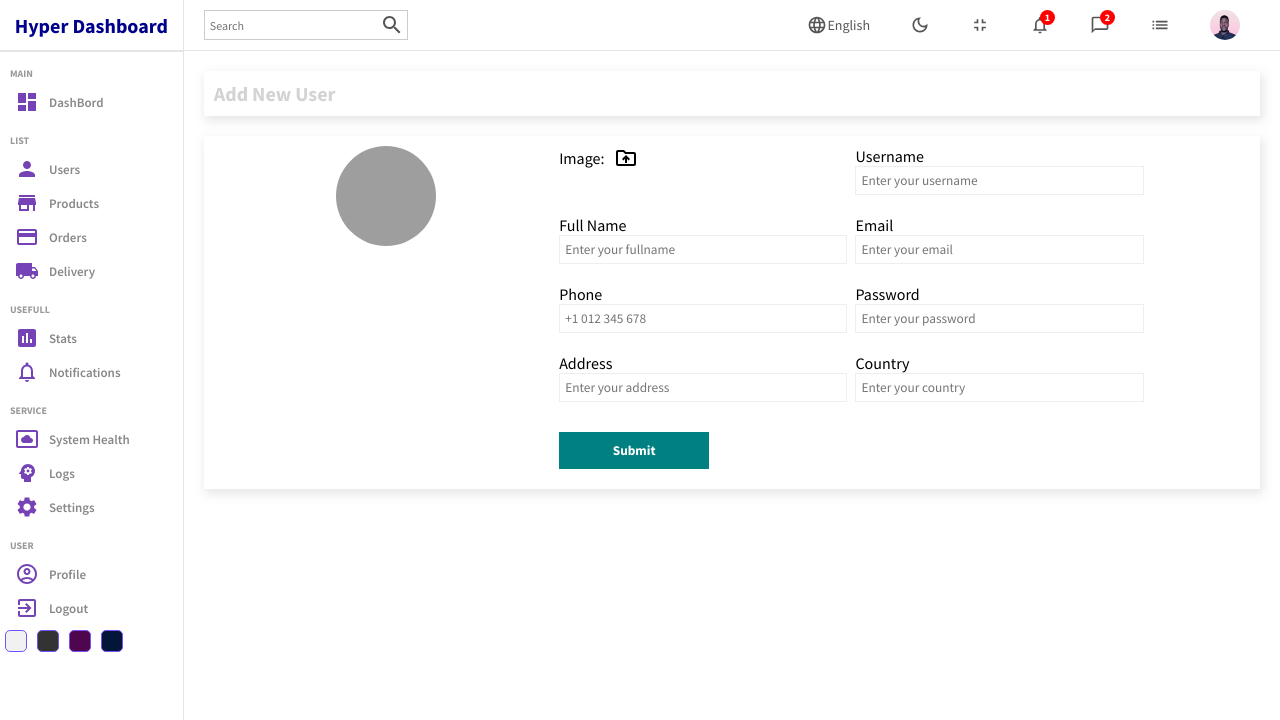
Repository: kenyi-mic/DashBoard
Page: /users/new
These files come from the project's save history. The page is drawn as it stood at one moment and after the next save; the edit follows.
The browser window is 1280 px wide. The pictures show the whole page.
Pictures or frames that could not be fetched are drawn as grey boxes. The project was rebuilt for these pictures with package versions that can differ from the ones it lists, and the page was loaded fresh each time. Also part of the build but not shown: src/pages/home/home.scss, src/pages/home/Home.jsx, src/pages/list/list.scss, src/components/datatable/datatable.scss, src/datatableSource.js, src/components/datatable/Datatable.jsx, src/pages/list/List.jsx, src/pages/single/single.scss and 6 more.

Above is the page before, as saved 2022-05-25 07:53:17.

### public/index.html
<!DOCTYPE html>
<html lang="en">

<head>
  <meta charset="utf-8" />
  <meta name="viewport" content="width=device-width, initial-scale=1" />
  <meta name="theme-color" content="#000000" />
  <meta name="description" content="Web site created using create-react-app" />
  <link rel="preconnect" href="https://fonts.googleapis.com">
  <link rel="preconnect" href="https://fonts.gstatic.com" crossorigin>
  <link
    href="https://fonts.googleapis.com/css2?family=Nunito:wght@200;300;400;500;600;700;800;900&family=Source+Sans+Pro:wght@200;300;400;600;700;900&display=swap"
    rel="stylesheet">
  <title>Hyper Dashboard</title>
  <style>
    * {
      margin: 0;
      font-family: 'Nunito', sans-serif;
      font-family: 'Source Sans Pro', sans-serif;
    }
  </style>
</head>

<body>
  <div id="root"></div>

</body>

</html>

### src/App.js
import { BrowserRouter, Routes, Route } from "react-router-dom";
import Home from "./pages/home/Home";
import List from "./pages/list/List";
import Single from "./pages/single/Single";
import New from "./pages/new/New";
import { Login } from "./pages/login/Login";
import { productInputs, userInputs } from "./formSource";
import "./style/dark.scss";

function App() {
  return (
    <div className="App dark">
      <BrowserRouter>
        <Routes>
          <Route path="/">
            <Route index element={<Home />} />
            <Route path="login" element={<Login />} />
            <Route path="users">
              <Route index element={<List />} />
              <Route path=":userId" element={<Single />} />
              <Route
                path="new"
                element={<New inputs={userInputs} title="Add New User" />}
              />
            </Route>
            <Route path="products">
              <Route index element={<List />} />
              <Route path=":productId" element={<Single />} />
              <Route
                path="new"
                element={<New inputs={productInputs} title="Add New Product" />}
              />
            </Route>
          </Route>
        </Routes>
      </BrowserRouter>
    </div>
  );
}

export default App;

### src/pages/new/New.jsx
import React, { useState } from "react";
import "./new.scss";
import Header from "../../components/Header/Header";
import Sidebar from "../../components/sidebar/Sidebar";
import { DriveFolderUploadOutlined } from "@mui/icons-material";

const New = ({ inputs, title }) => {
  const [file, setFile] = useState("");

  console.log(file);
  return (
    <div className="new">
      <Sidebar />
      <div className="newContainer">
        <Header />
        <div className="top">
          <h1>{title}</h1>
        </div>
        <div className="bottom">
          <div className="left">
            <img
              src={
                file
                  ? URL.createObjectURL(file)
                  : "https://icon-library.com/images/no-image-icon/no-image-icon-0.jpg"
              }
              alt=""
            />
          </div>
          <div className="right">
            <form>
              <div className="formInput">
                <label htmlFor="file">
                  Image: <DriveFolderUploadOutlined className="icon" />
                </label>
                <input
                  type="file"
                  id="file"
                  onChange={(e) => setFile(e.target.files[0])}
                  style={{ display: "none" }}
                />
              </div>
              {inputs.map((input) => (
                <div className="formInput" key={input.id}>
                  <label htmlFor={input.id}>{input.label}</label>
                  <input
                    type={input.type}
                    id={input.id}
                    placeholder={input.placeholder}
                  />
                </div>
              ))}

              <button>Submit</button>
            </form>
          </div>
        </div>
      </div>
    </div>
  );
};

export default New;

### src/formSource.js
export const userInputs = [
  {
    id: 1,
    label: "Username",
    type: "text",
    placeholder: "Enter your username",
  },
  {
    id: 2,
    label: "Full Name",
    type: "text",
    placeholder: "Enter your fullname",
  },
  {
    id: 3,
    label: "Email",
    type: "Email",
    placeholder: "Enter your email",
  },
  {
    id: 4,
    label: "Phone",
    type: "phone",
    placeholder: "+1 012 345 678",
  },
  {
    id: 5,
    label: "Password",
    type: "password",
    placeholder: "Enter your password",
  },
  {
    id: 6,
    label: "Address",
    type: "text",
    placeholder: "Enter your address",
  },
  {
    id: 7,
    label: "Country",
    type: "text",
    placeholder: "Enter your country",
  },
];

export const productInputs = [
  {
    id: 1,
    label: "Title",
    type: "text",
    placeholder: "eg. Iphone 13 pro",
  },
  {
    id: 2,
    label: "Description",
    type: "text",
    placeholder: "Enter product description",
  },
  {
    id: 3,
    label: "Category",
    type: "number",
    placeholder: "Phones",
  },
  {
    id: 4,
    label: "Price",
    type: "text",
    placeholder: "Enter product price",
  },
  {
    id: 5,
    label: "Stock",
    type: "number",
    placeholder: 100,
  },
];

### src/components/Header/Header.jsx
import React from "react";
import "./header.scss";
import {
  Search,
  DarkModeOutlined,
  LanguageOutlined,
  FullscreenExitOutlined,
  ChatBubbleOutlineOutlined,
  ListOutlined,
  NotificationsNoneOutlined,
} from "@mui/icons-material";

function Header() {
  return (
    <div className="header">
      <div className="wrapper">
        <div className="search">
          <input type="text" className="searchInput" placeholder="Search" />
          <Search />
        </div>
        <div className="items">
          <div className="item">
            <LanguageOutlined className="icon" />
            English
          </div>
          <div className="item">
            <DarkModeOutlined className="icon" />
          </div>
          <div className="item">
            <FullscreenExitOutlined className="icon" />
          </div>
          <div className="item">
            <NotificationsNoneOutlined className="icon" />
            <div className="counter">1</div>
          </div>
          <div className="item">
            <ChatBubbleOutlineOutlined className="icon" />
            <div className="counter">2</div>
          </div>
          <div className="item">
            <ListOutlined className="icon" />
          </div>
          <div className="item">
            <img src="./image/mike.png" alt="" className="avatar" />
          </div>
        </div>
      </div>
    </div>
  );
}

export default Header;

### src/components/sidebar/Sidebar.jsx
import React from "react";
import "./sidebar.scss";
import {
  Dashboard,
  Person,
  Store,
  LocalShipping,
  Payment,
  InsertChart,
  NotificationsNone,
  SettingsSystemDaydream,
  Psychology,
  Settings,
  AccountCircleOutlined,
  ExitToAppOutlined,
} from "@mui/icons-material";
import { Link } from "react-router-dom";

function Sidebar() {
  return (
    <div className="sidebar">
      <div className="top">
        <Link to="/" style={{ textDecoration: "none" }}>
          <span className="logo">Hyper Dashboard</span>
        </Link>
      </div>
      <hr className="ruler" />
      <div className="center">
        <ul className="list-group">
          <p className="title">MAIN</p>
          <Link to="/" style={{ textDecoration: "none" }}>
            <li>
              <Dashboard className="icon" />
              <span>DashBord</span>
            </li>
          </Link>

          <p className="title">LIST</p>
          <Link to="/users" style={{ textDecoration: "none" }}>
            <li>
              <Person className="icon" />
              <span>Users</span>
            </li>
          </Link>
          <Link to="/products" style={{ textDecoration: "none" }}>
            <li>
              <Store className="icon" />
              <span>Products</span>
            </li>
          </Link>

          <li>
            <Payment className="icon" />
            <span>Orders</span>
          </li>
          <li>
            <LocalShipping className="icon" />
            <span>Delivery</span>
          </li>
          <p className="title">USEFULL</p>
          <li>
            <InsertChart className="icon" />
            <span>Stats</span>
          </li>
          <li>
            <NotificationsNone className="icon" />
            <span>Notifications</span>
          </li>
          <p className="title">SERVICE</p>
          <li>
            <SettingsSystemDaydream className="icon" />
            <span>System Health</span>
          </li>
          <li>
            <Psychology className="icon" />
            <span>Logs</span>
          </li>
          <li>
            <Settings className="icon" />
            <span>Settings</span>
          </li>
          <p className="title">USER</p>
          <li>
            <AccountCircleOutlined className="icon" />
            <span>Profile</span>
          </li>
          <li>
            <ExitToAppOutlined className="icon" />
            <span>Logout</span>
          </li>
        </ul>
      </div>
      <div className="bottom">
        <div className="colorOption"></div>
        <div className="colorOption"></div>
        <div className="colorOption"></div>
        <div className="colorOption"></div>
      </div>
    </div>
  );
}

export default Sidebar;

### src/pages/new/new.scss
.new {
    display: flex;
    width: 100%;

    .newContainer {

        flex: 6;

        .top,
        .bottom {
            -webkit-box-shadow: 2px 4px 10px 1px rgba(0, 0, 0, 0.47);
            box-shadow: 2px 4px 10px 1px rgba(201, 201, 201, 0.47);
            padding: 10px;
            margin: 20px;
            display: flex;

            h1 {
                color: lightgrey;
                font-size: 20px;
            }

            .left {
                flex: 1;

                text-align: center;

                img {
                    width: 100px;
                    height: 100px;
                    border-radius: 50%;
                    object-fit: cover;


                }
            }

            .right {
                flex: 2;

                form {
                    display: flex;
                    flex-wrap: wrap;
                    gap: 20px;

                    .formInput {
                        width: 40%;

                        label {
                            display: flex;
                            align-items: center;
                            gap: 10px;

                            .icon {
                                cursor: pointer;
                            }
                        }

                        input {
                            width: 100%;
                            padding: 5px;
                            border: 0.5px solid #eee;
                            outline: none;
                        }
                    }

                    button {
                        width: 150px;
                        padding: 10px;
                        border: none;
                        background-color: teal;
                        color: #fff;
                        font-weight: 700;
                        cursor: pointer;
                        margin: 10px 0px 10px 0px
                    }
                }

            }
        }
    }
}

### src/components/Header/header.scss
.header{
    height:50px;
    display: flex;
    justify-content: space-between;
    align-items:center;
    border-bottom: 0.5px solid rgb(230, 227, 227);
    font-size: 14px;
    color:#555;
    .wrapper{
        display:flex;
        justify-content: space-between;
        align-items:center;
        width: 100%;
        padding:20px;
        .search{
            display: flex;
            justify-content:center;
            align-items:center;
            border: 0.5px solid #ccc;
            padding: 2px 3px;
            .searchInput{
                border:none;
                outline: none;
                background-color: transparent;
                &::placeholder{
                    font-size:12px;
                }
            }
        }
        .items{
            display: flex;
            align-items: center;
            justify-content:center;
            .item{
                display: flex;
                align-items: center;
                justify-content: center;
                margin: 0px 20px;
                position: relative;
                cursor: pointer;

                .icon{
                    font-size:20px;
                }
                .avatar{
                    width: 30px;
                    height: 30px;
                    border-radius: 50%;
                }
                .counter{
                    width: 15px;
                    height: 15px;
                    background-color: red;
                    color:white;
                    border-radius: 50%;
                    display: flex;
                    font-size: 10px;
                    font-weight: bold;
                    align-items: center;
                    justify-content: center;
                    position:absolute;
                    top: -5px;
                    right: -5px;
                }
            }




        }
    }
}

### src/components/sidebar/sidebar.scss
.sidebar{
    flex: 1;
    border-right: 0.5px solid rgb(230, 227, 227);
    min-height: 100vh;
    background-color:white !important;
    .top{
        height:50px;
        display: flex;
        align-items: center;
        justify-content: center;
        .logo{
            font-size: 20px;
            font-weight: bold;
            color: darkblue;
        }
    }
    hr{
        height: 0px;
        border: 0.5px solid rgb(230, 227, 227);
    }

    .center{
        padding-left: 10px;
        ul{
            list-style: none;
            margin: 0px;
            padding: 0px;
            .title{
                font-size:10px;
                font-weight:bold;
                color:#999;
                margin-top: 15px;
                margin-bottom:5px;
            }
            li{
                display: flex;
                align-items: center;
                padding: 5px;
                &:hover{
                    background-color:rgb(212, 212, 224);
                }
                .icon{
                    font: size 18px;
                    color: rgb(117, 67, 182)

                }
                span{
                    font-size:13px;
                    font-weight: 600;
                    color:#888;
                    margin-left:10px;
                }
            }
        }
    }
    .bottom{
        display: flex;
        .colorOption{
            width: 20px;
            height:20px;
            border-radius:5px;
            border: 1px solid #7451f8;
            cursor: pointer;
            margin: 5px;
            &:nth-child(1){
                background-color: #f1f1f1;
            }
            &:nth-child(2){
                background-color: #333;
            }
            &:nth-child(3){
                background-color: #4e064e;
            }
            &:nth-child(4){
                background-color: #04153a;
            }
        }
    }
}

### src/style/dark.scss
.app.dark {
    background-color: #222;
}

Loaded but not shown: src/index.js (common file); src/pages/login/login.scss (no stored copy; drawn as an empty file)

After the next save:
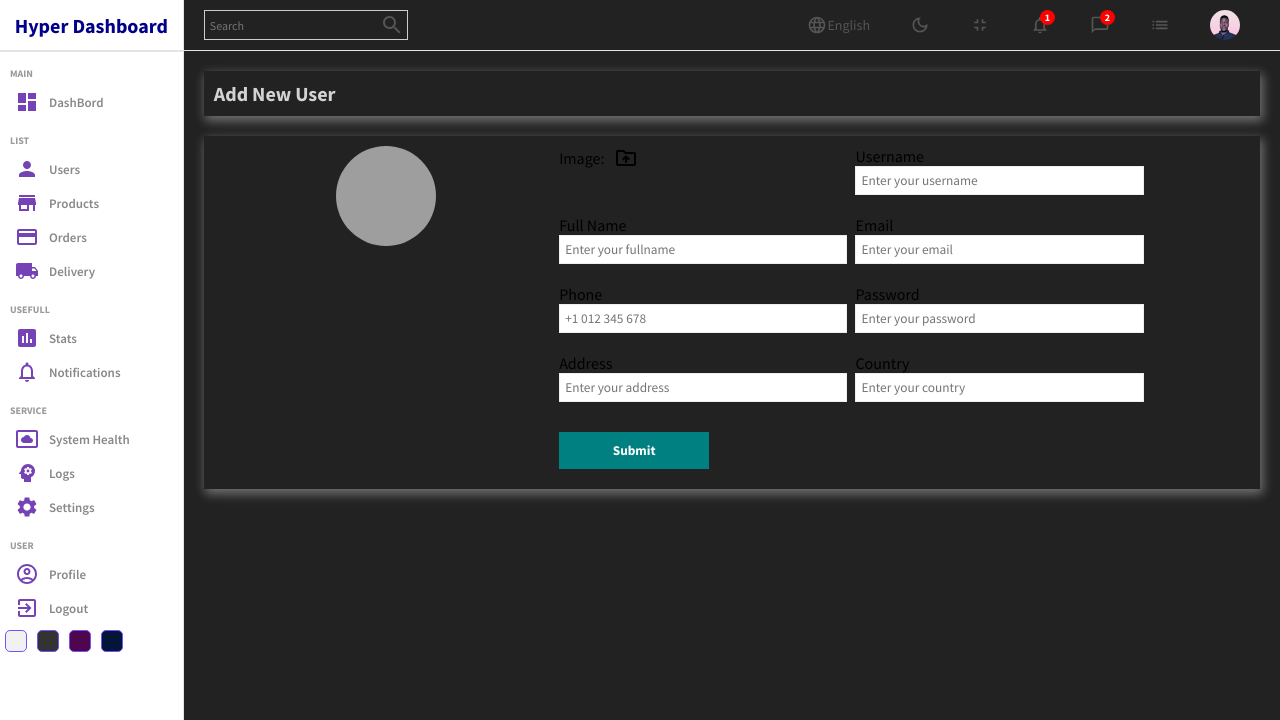
Saved 64 s later.
--- a/src/style/dark.scss
+++ b/src/style/dark.scss
@@ -1,3 +1,3 @@
-.app.dark {
+.App {
     background-color: #222;
 }

After the save that followed:
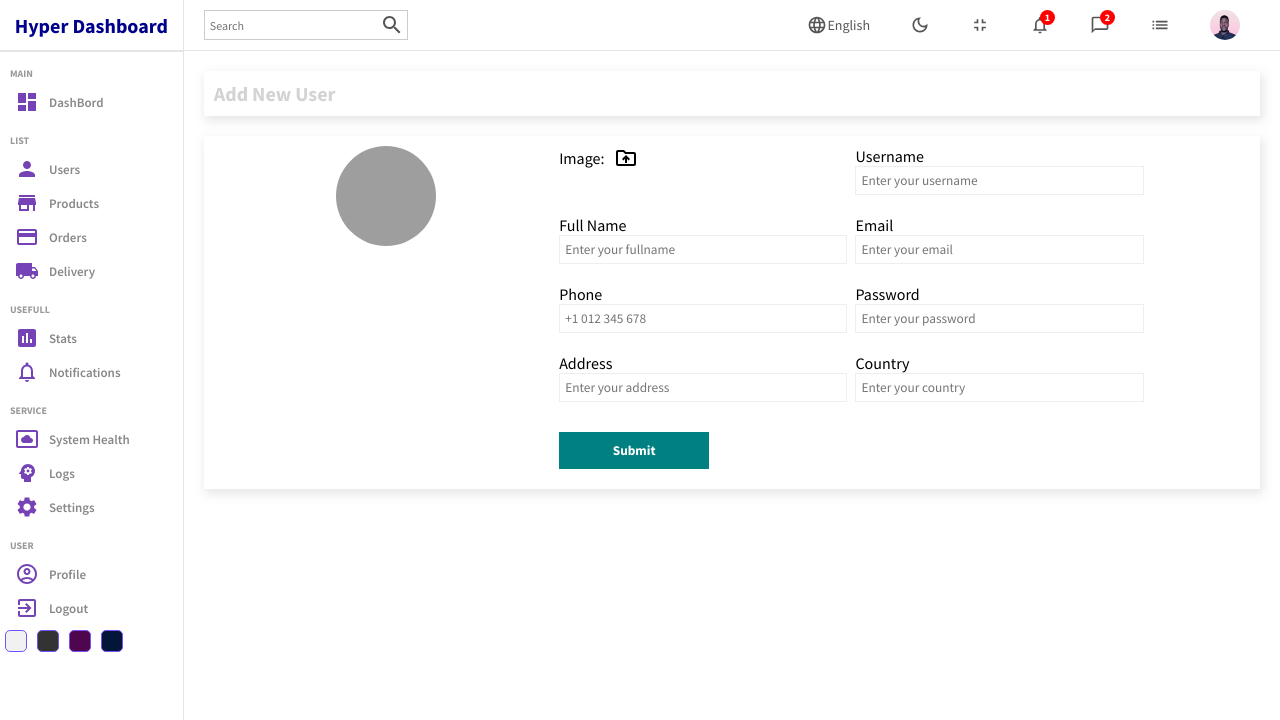
Saved 26 s later.
--- a/src/style/dark.scss
+++ b/src/style/dark.scss
@@ -1,3 +1,3 @@
-.App {
+.App .dark {
     background-color: #222;
 }
